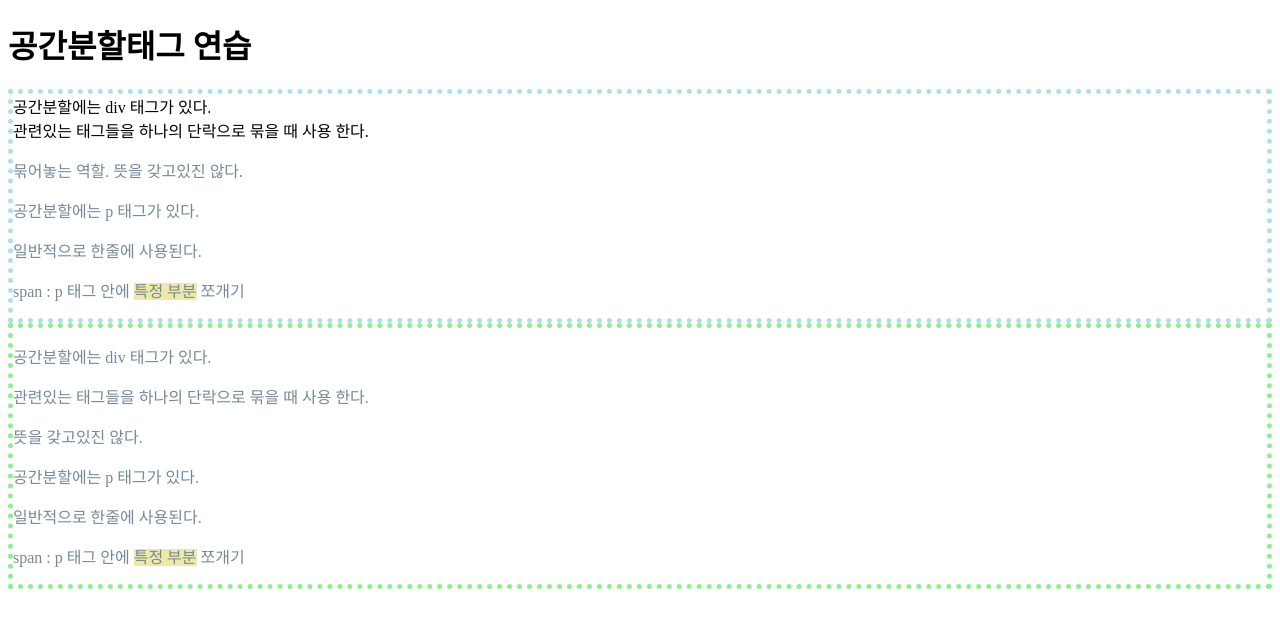
Repository: 753kg/753kg.github.io
Page: KOSTA/webProject/WebContent/02/공간분할태그.html
The author's editor kept a copy of each file at every save. The page is drawn from the files as they stood at one save, then again after the next save.
The browser window is 1280 px wide. The pictures show the whole page.

Above is the page before, as saved 2021-03-29 03:44:21.

After the next save:
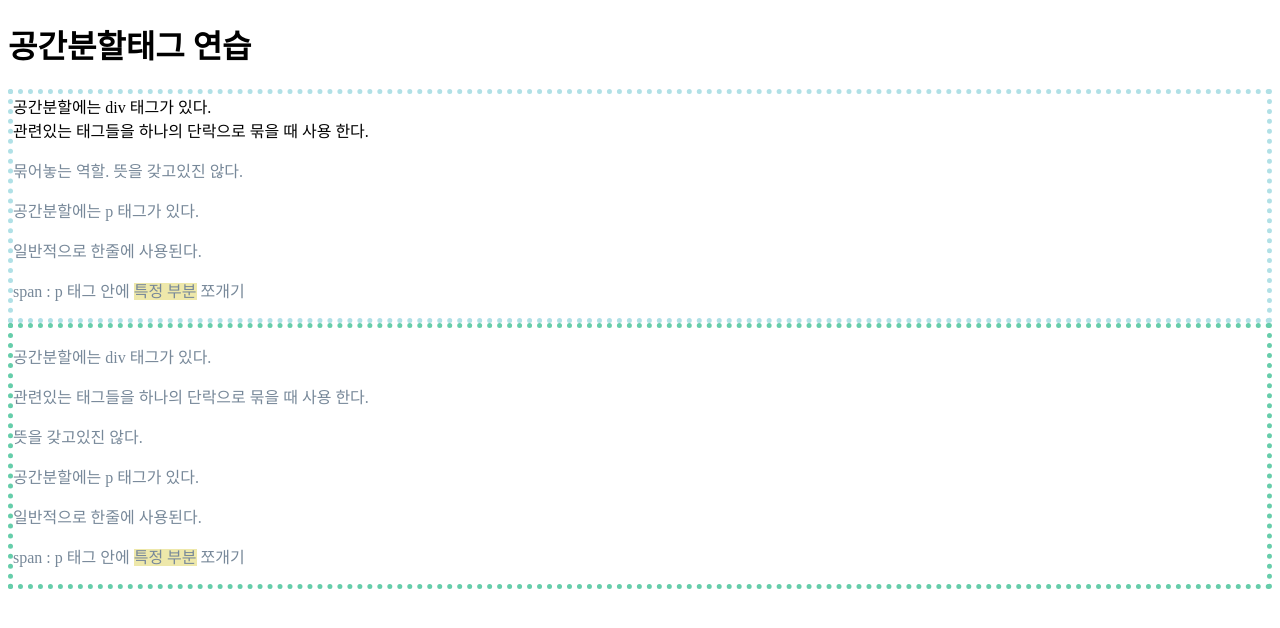
Saved 20 s later.
--- a/KOSTA/webProject/WebContent/02/공간분할태그.html
+++ b/KOSTA/webProject/WebContent/02/공간분할태그.html
@@ -5,7 +5,7 @@
 <title>공간분할태그</title>
 <style>
 	.aa{ border:5px dotted powderblue; }
-	.bb{ border:5px dotted lightgreen; }
+	.bb{ border:5px dotted MediumAquaMarine; }
 	span{ background-color:palegoldenRod; }
 	/* CSS의 주석
 		span : inline요소 (contents 만큼만 자리를 차지)

After the save that followed:
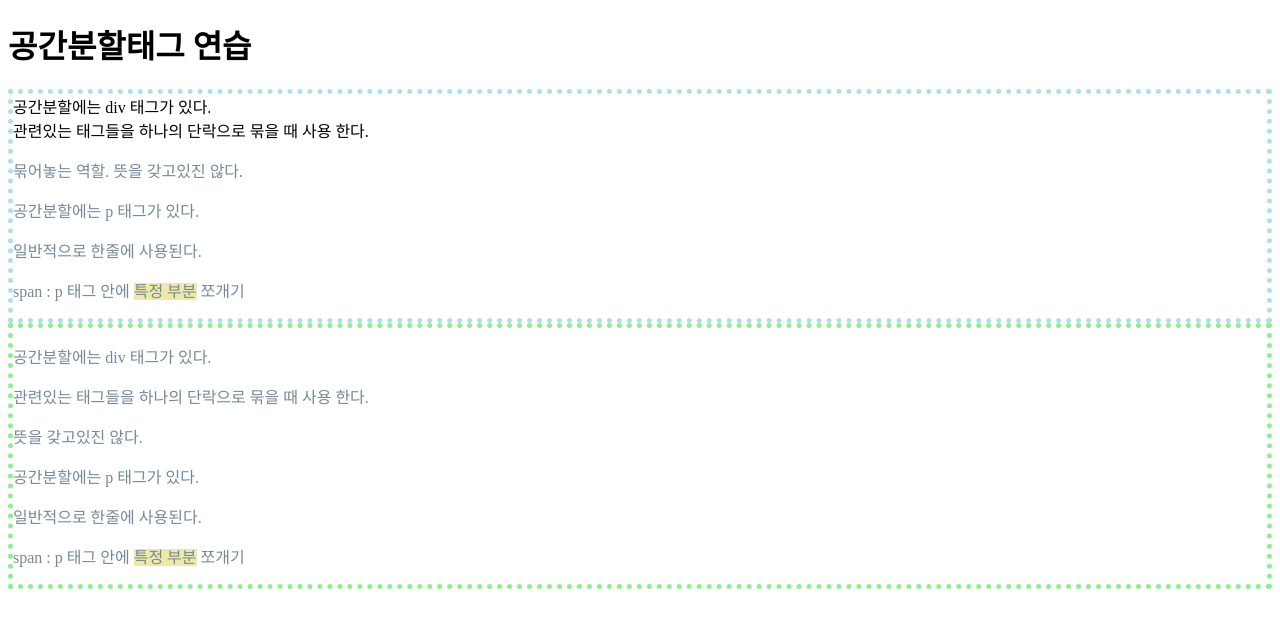
Saved 7 s later.
--- a/KOSTA/webProject/WebContent/02/공간분할태그.html
+++ b/KOSTA/webProject/WebContent/02/공간분할태그.html
@@ -5,7 +5,7 @@
 <title>공간분할태그</title>
 <style>
 	.aa{ border:5px dotted powderblue; }
-	.bb{ border:5px dotted MediumAquaMarine; }
+	.bb{ border:5px dotted lightgreen; }
 	span{ background-color:palegoldenRod; }
 	/* CSS의 주석
 		span : inline요소 (contents 만큼만 자리를 차지)
